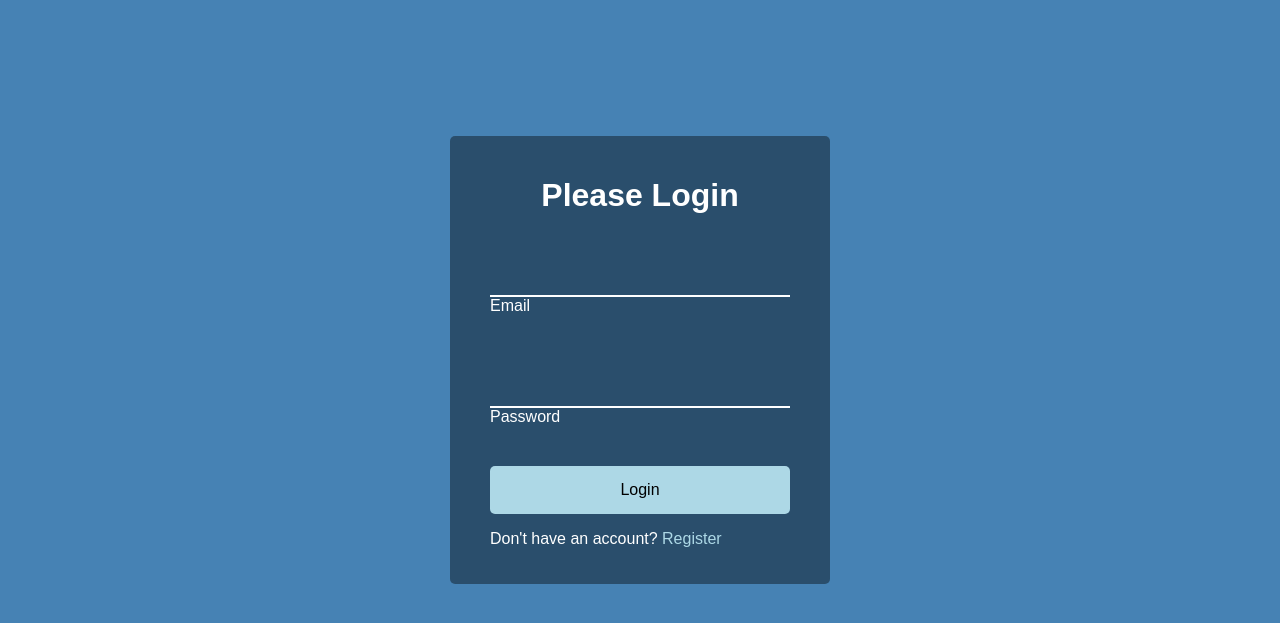
Repository: thecoachanna/form-animation
Page: index.html
An editor plug-in stored every save of this project. The page is shown before and after the next save, followed by the edit.
The browser window is 1280 px wide. The pictures show the whole page.
Some web fonts or font styles are not loaded; a fallback is used.

Above is the page before, as saved 2023-02-26 10:00:03.

After the next save:
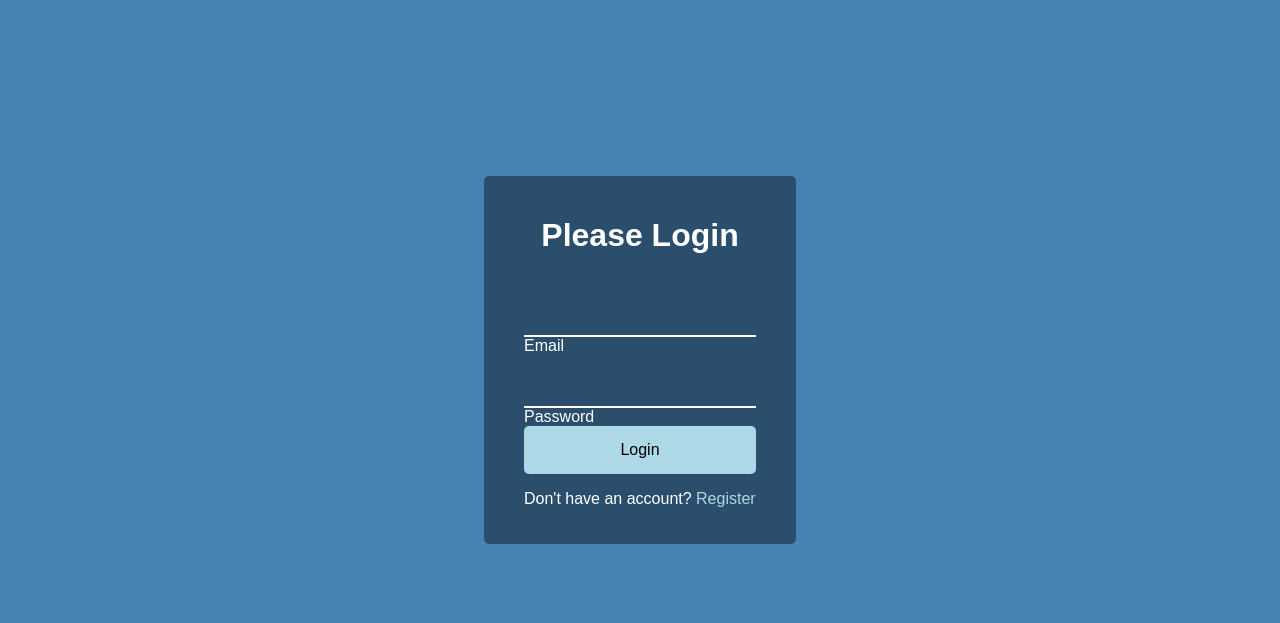
Saved 12 s later.
--- a/style.css
+++ b/style.css
@@ -46,6 +46,8 @@
     border-radius: 5px;
 }
 
+.btn:focus
+
 .form-control {
     position: relative;
     margin: 20px 0 40px;

After the 2 saves that followed:
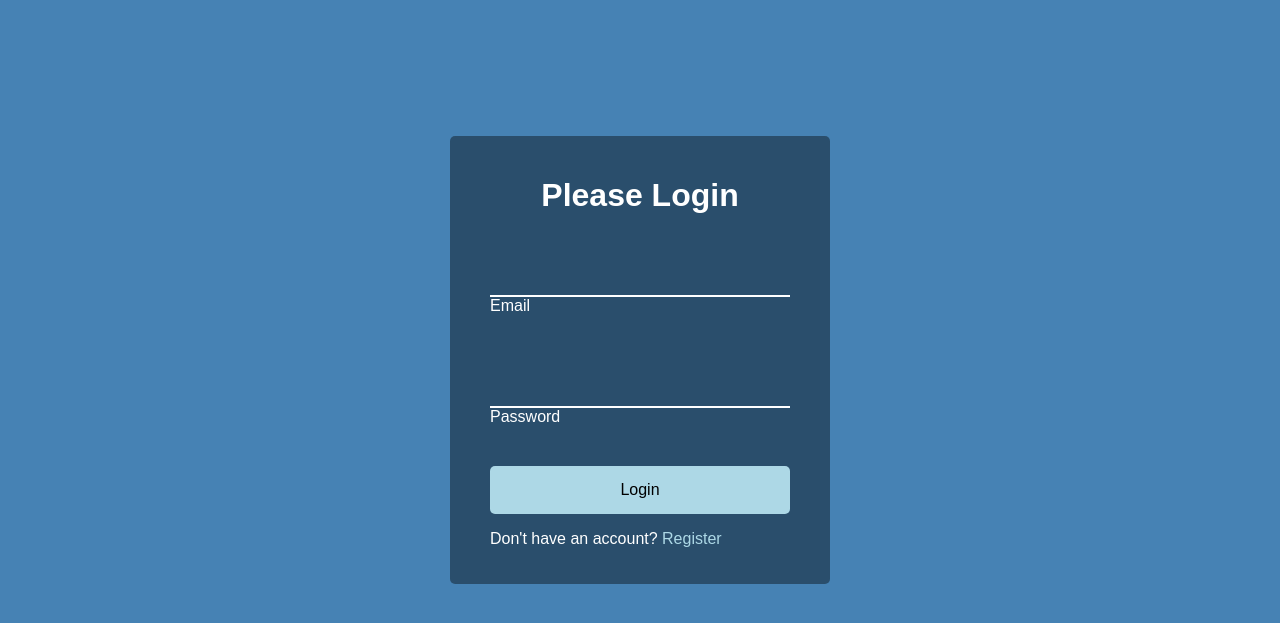
The 2 saves are shown as one change because they came seconds apart.
The last was saved 12 s later.
--- a/style.css
+++ b/style.css
@@ -46,7 +46,9 @@
     border-radius: 5px;
 }
 
-.btn:focus
+.btn:focus {
+    outline: 0;
+}
 
 .form-control {
     position: relative;
